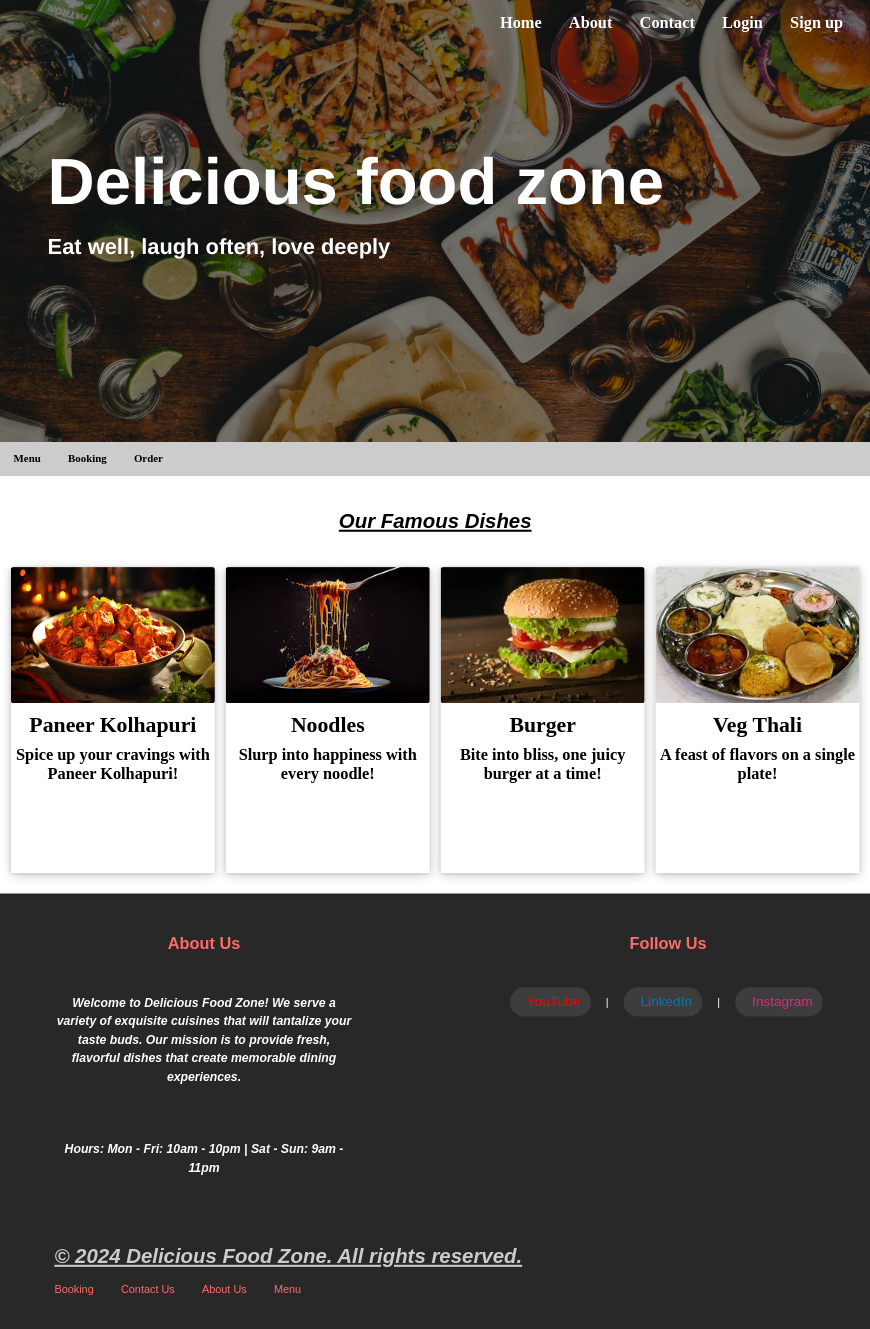
Repository: Shreya-Bonde/Restaurant-management-system
Page: index.html
An editor plug-in stored every save of this project. The page is shown before and after the next save, followed by the edit.
The browser window is 1280 px wide. The pictures show the whole page, at 68% of full size.

Above is the page before, as saved 2024-10-17 19:19:16.

After the next save:
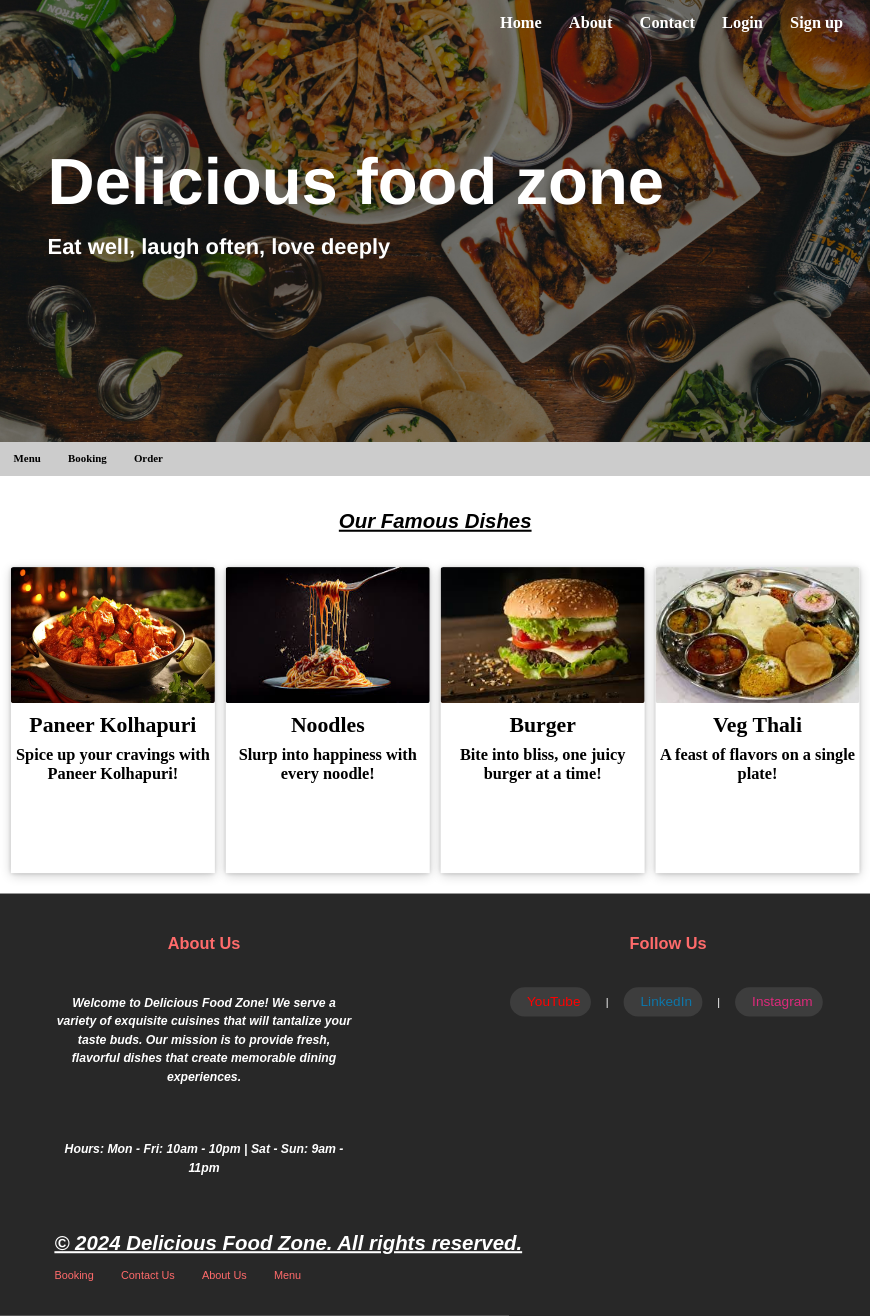
Saved 7 s later.
--- a/style.css
+++ b/style.css
@@ -251,9 +251,3 @@ footer {
 .insta_handle {
     color: #dd2a7b;
 }
-
-.footer-bottom {
-    margin-top: 20px;
-    font-size: 200px;
-    color: #ccc;
-}
